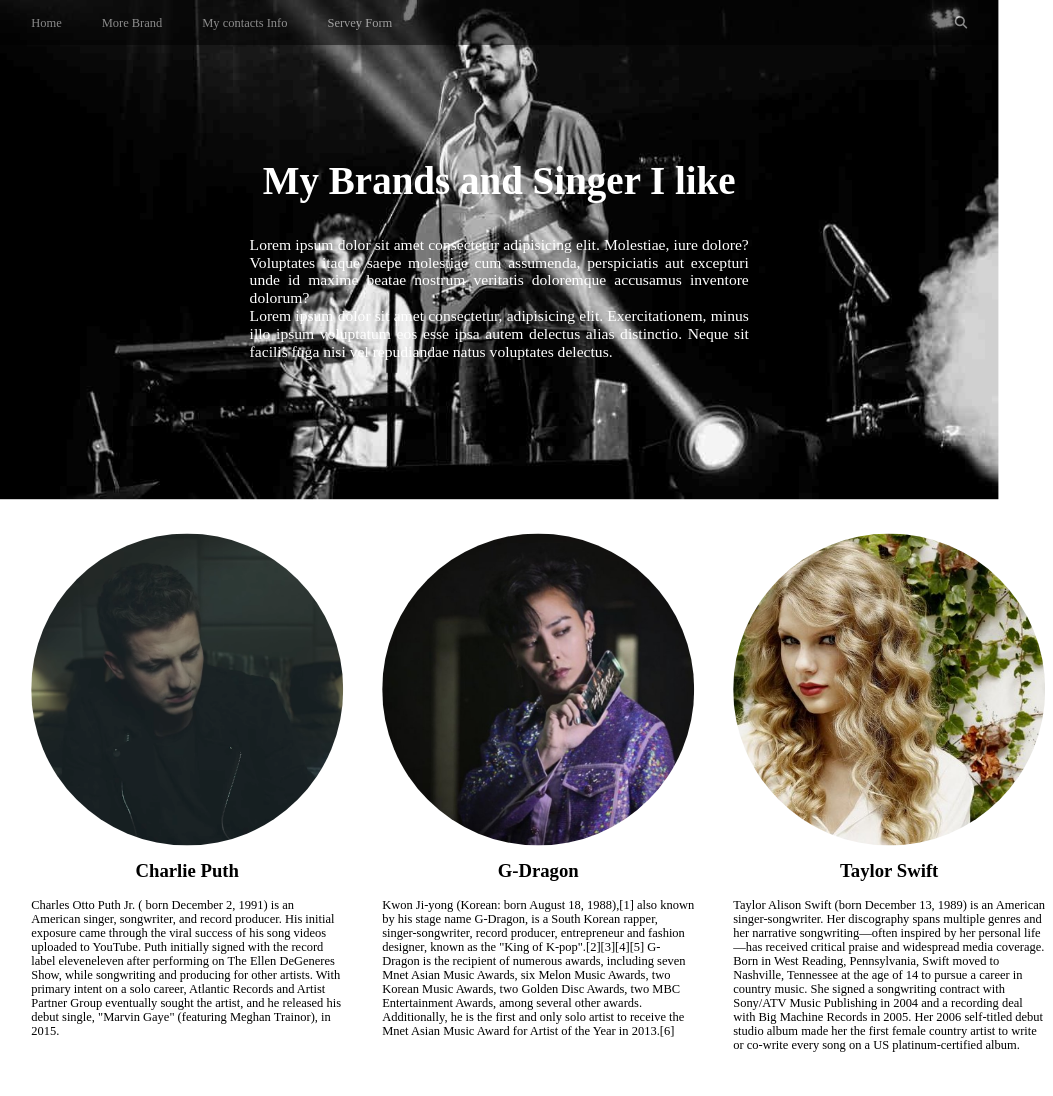
Repository: MinChea36/asm
Page: ASSM1.html
The author's editor kept a copy of each file at every save. The page is drawn from the files as they stood at one save, then again after a run of saves.
The browser window is 1280 px wide. The page is 1340 px wide, then 1350 px, so the pictures cover 1350 px, including what lies to the right of the window. The pictures show the whole page, at 78% of full size.

Above is the page before, as saved 2022-09-22 22:32:12.

### ASSM1.html
<!DOCTYPE html>
<html lang="en">
<head>
    <meta charset="UTF-8">
    <meta http-equiv="X-UA-Compatible" content="IE=edge">
    <meta name="viewport" content="width=device-width, initial-scale=1.0">
    <link rel="stylesheet" href="./style.css">
    <link rel="stylesheet" href="https://cdnjs.cloudflare.com/ajax/libs/font-awesome/6.2.0/css/all.min.css">
    <title>AssignMent 1</title>
</head>
<body>
    <div class="top-menu">
        <div class="menu">
            <a href="#1">Home</a> |
            <a href="#2">More Brand</a> |
            <a href="#3">My contacts Info</a> |
            <a href="#4">Servey Form</a> |
        </div>
        <div class="search">
            <i class="fa-solid fa-magnifying-glass"></i>
        </div>
    </div>
    <div class="brand-singer">
        <img src="./chicago.jpg" width="100%" alt="">
        <div class="brand-singer-in-img">
        <h2>My Brands and Singer I like</h2>
        <p>Lorem ipsum dolor sit amet consectetur adipisicing elit. Molestiae, iure dolore? Voluptates itaque saepe molestiae cum assumenda, perspiciatis aut excepturi unde id maxime beatae nostrum veritatis doloremque accusamus inventore dolorum?<br>
            Lorem ipsum dolor sit amet consectetur, adipisicing elit. Exercitationem, minus illo ipsum voluptatum eos esse ipsa autem delectus alias distinctio. Neque sit facilis fuga nisi vel repudiandae natus voluptates delectus.
        </p>
        </div>
    </div>
    <div class="singers-like">
        <div class="row">
            <div class="card-img">
               <img src="./643a87-Charlie-Puth-Claims-Hes-Done-Writing-Love-Ballads-And-Is-Bring-His-Dark-Thoughts-To-His-New-Album-feature.webp" alt="">
            </div>
            <div class="singers-text">
            <h2>Charlie Puth</h2>
            <p>Charles Otto Puth Jr. ( born December 2, 1991) is an American singer, songwriter, and record producer. His initial exposure came through the viral success of his song videos uploaded to YouTube. Puth initially signed with the record label eleveneleven after performing on The Ellen DeGeneres Show, while songwriting and producing for other artists. With primary intent on a solo career, Atlantic Records and Artist Partner Group eventually sought the artist, and he released his debut single, "Marvin Gaye" (featuring Meghan Trainor), in 2015.</p>
            </div>
        </div>
        <div class="row">
            <div class="card-img">
               <img src="/G-Dragon-elle-man-1.jpg" alt="">
            </div>
            <div class="singers-text">
            <h2>G-Dragon</h2>
            <p>Kwon Ji-yong (Korean: born August 18, 1988),[1] also known by his stage name G-Dragon, is a South Korean rapper, singer-songwriter, record producer, entrepreneur and fashion designer, known as the "King of K-pop".[2][3][4][5] G-Dragon is the recipient of numerous awards, including seven Mnet Asian Music Awards, six Melon Music Awards, two Korean Music Awards, two Golden Disc Awards, two MBC Entertainment Awards, among several other awards. Additionally, he is the first and only solo artist to receive the Mnet Asian Music Award for Artist of the Year in 2013.[6]</p>
            </div>
        </div>
        <div class="row">
            <div class="card-img">
               <img src="images814767taylorsw-c29a.jpg" alt="">
            </div>
            <div class="singers-text">
            <h2>Taylor Swift</h2>
            <p>Taylor Alison Swift (born December 13, 1989) is an American singer-songwriter. Her discography spans multiple genres and her narrative songwriting—often inspired by her personal life—has received critical praise and widespread media coverage. Born in West Reading, Pennsylvania, Swift moved to Nashville, Tennessee at the age of 14 to pursue a career in country music. She signed a songwriting contract with Sony/ATV Music Publishing in 2004 and a recording deal with Big Machine Records in 2005. Her 2006 self-titled debut studio album made her the first female country artist to write or co-write every song on a US platinum-certified album.</p>
        </div>
        </div>
    </div>


</body>
</html>

### style.css
body {
    padding: 0;
    margin: 0;
}
.top-menu {
    display: flex;
    justify-content: space-between;
    background-color: black;
    padding: 20px;
    position: fixed;
    top: 0;
    left: 0;
    z-index: 2;
    right: 0;
    opacity: 0.5;
}
.menu a{
    color: white;
    text-decoration: none;
    padding: 0 20px;
}
.menu a:hover {
    color: red;
}
.search i {
    color: white;
    padding-right: 20px;
}
.brand-singer {
    position: relative;
}
.brand-singer img {
}
.brand-singer-in-img {
    position: absolute;
    top: 50%;
    left: 50%;
    transform: translate(-50%, -50%);
    color: white;
    text-align: center;
}
.brand-singer h2 {
    font-size: 50px;
}
.brand-singer p {
    text-align: justify;
    font-size: 20px;
}
.singers-like {
    display: grid;
    grid-template-columns: repeat(3,1fr);
    grid-column-gap: 50px;
    padding: 40px 40px;
}
.singers-text h2 {
    text-align: center;
}
.card-img {
    border-radius: 50%;
    width: 400px;
    height: 400px;
    overflow: hidden;
    margin: 0 auto;
}
.card-img img{
    width: 100%;
    height: 100%;
    object-fit: cover;
}

After the next 2 saves:
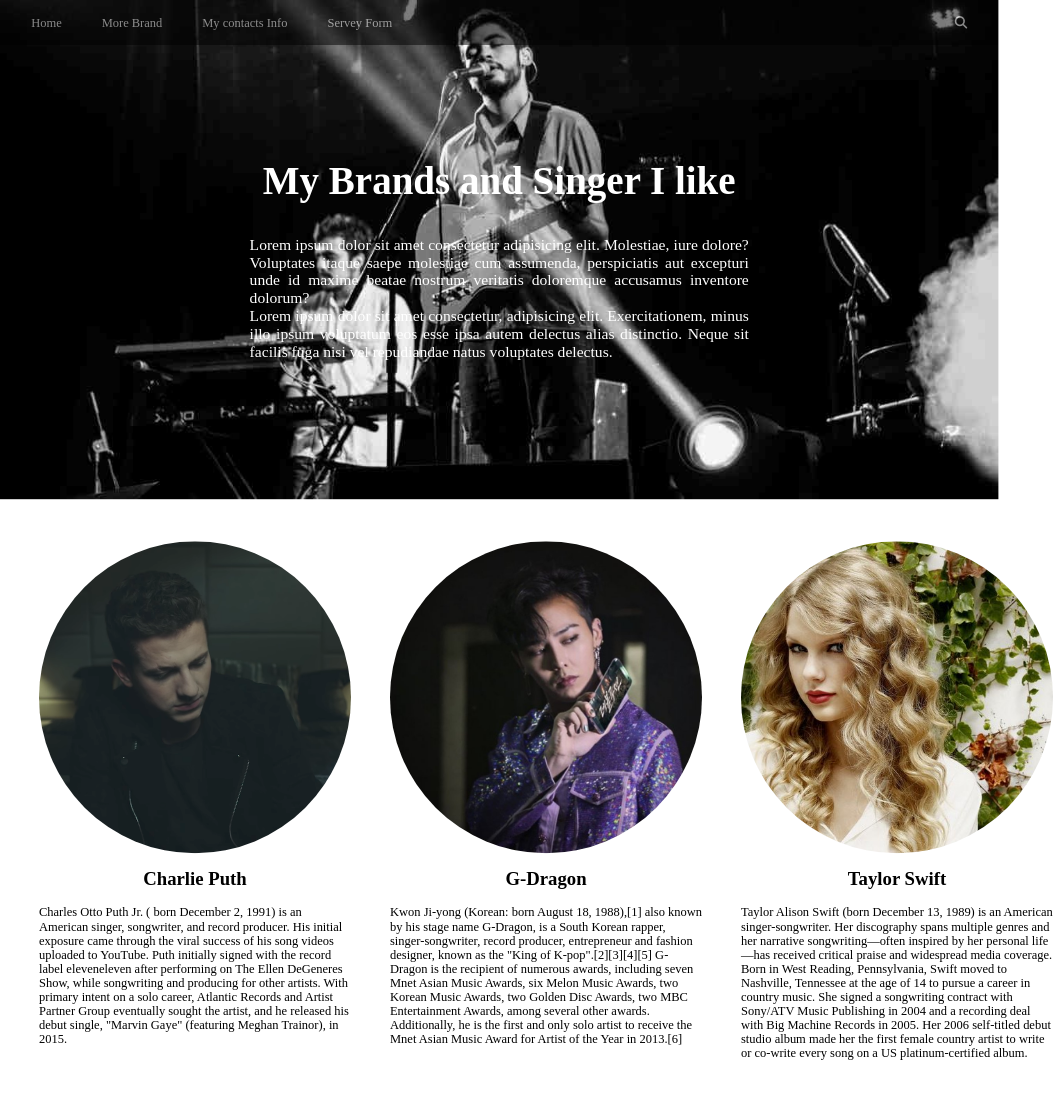
The 2 saves are shown as one change because they came seconds apart.
The last was saved 11 s later.
--- a/style.css
+++ b/style.css
@@ -50,7 +50,7 @@
     display: grid;
     grid-template-columns: repeat(3,1fr);
     grid-column-gap: 50px;
-    padding: 40px 40px;
+    padding: 50px 50px;
 }
 .singers-text h2 {
     text-align: center;
